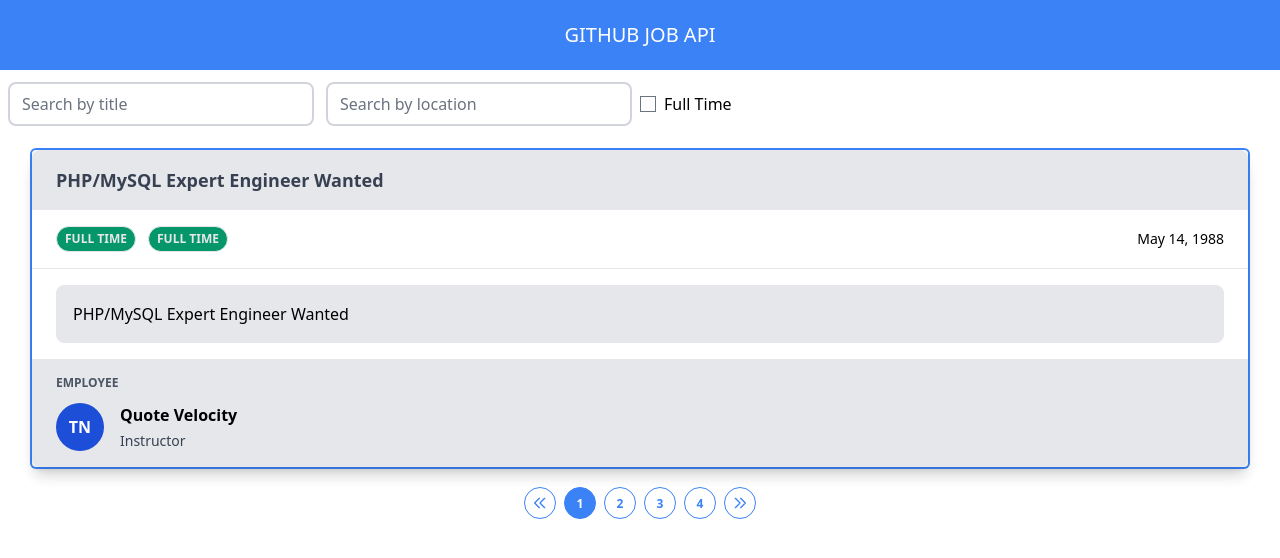
Repository: ShamroOoz/Github-job-api-React-Tailwind
Page: /
An editor plug-in stored every save of this project. The page is shown before and after the next save, followed by the edit.
The browser window is 1280 px wide. The pictures show the whole page.
The page's requests for data from a server got no answer. The project was rebuilt for these pictures with package versions that can differ from the ones it lists, and the page was loaded fresh each time. No one was signed in, and anything a server would have sent is missing. Also part of the build but not shown: craco.config.js, src/components/Spinner.js, src/components/Alert.js.

Above is the page before, as saved 2021-03-21 18:22:07.

### src/index.css
@tailwind base;
@tailwind components;
@tailwind utilities;

.text-style {
  @apply w-3/5 outline-none border-0 focus:ring-2 ring-indigo-600 border-2 border-gray-300 rounded-lg placeholder-gray-500 placeholder-opacity-100;
}

### src/App.js
import { useState } from "react";
import { useFetch } from "./components/Hooks/useFetch";
import NavBar from "./components/NavBar";
import SearchForm from "./components/SearchForm";
import Pagination from "./components/Pagination";
import Job from "./components/Reducer/Job";
import Spinner from "./components/Spinner";
import Alert from "./components/Alert";

function App() {
  const [params, setparam] = useState({});
  const [page, setpage] = useState(1);
  const { jobs, loading, error } = useFetch(params, page);

  const handleparamchange = (e) => {
    setpage(1);
    let param = e.target.name;
    let value = e.target.value;
    setparam((prevparams) => {
      return { ...prevparams, [param]: value };
    });
  };

  return (
    <>
      <NavBar />
      <SearchForm handleparamchange={handleparamchange} params={params} />
      {/* <div className="px-2">
        {loading && <Spinner />}
        {error && <Alert />}
        {jobs &&
          jobs.map((result, index) => <Job key={index} reult={result} />)}
      </div> */}
      <Job />
      <Pagination />
    </>
  );
}

export default App;

### src/components/Hooks/useFetch.js
import { useReducer, useEffect } from "react";
import axios from "axios";
import { reducer, ACTIONS } from "../Reducer/Reduce";

//
const { MAKE_REQUEST, GET_DATA, ERROR } = ACTIONS;
const BASE_URL =
  "https://secret-ocean-49799.herokuapp.com/https://jobs.github.com/positions.json";

const initialState = {
  jobs: [],
  loading: false,
  error: false,
};

export const useFetch = (params, page) => {
  const [state, dispatch] = useReducer(reducer, initialState);

  //useeffect hook to get data

  useEffect(() => {
    const cancelToken = axios.CancelToken.source();
    dispatch({ type: MAKE_REQUEST, payload: "" });
    axios
      .get(BASE_URL, {
        cancelToken: cancelToken.token,
        params: {
          markdown: true,
          page: page,
          ...params,
        },
      })
      .then((res) => {
        dispatch({ type: GET_DATA, payload: res.data });
        console.log(res.data);
      })
      .catch((err) => {
        if (axios.isCancel(err)) return;
        dispatch({ type: ERROR, payload: err });
      });
    //clean up
    return () => {
      cancelToken.cancel();
    };
  }, [page, params]);

  return state;
};

### src/components/NavBar.js
import React from "react";

const NavBar = () => {
  return (
    <nav className="relative flex flex-wrap items-center justify-center px-2 py-3 navbar-expand-lg bg-blue-500 ">
      <h2 className=" inline-block py-2 whitespace-no-wrap uppercase text-xl font-normal leading-normal  text-white">
        Github Job Api
      </h2>
    </nav>
  );
};

export default NavBar;

### src/components/SearchForm.js
import React from "react";

const SearchForm = ({ handleparamchange, params }) => {
  return (
    <form>
      <div className="grid grid-cols-2  ">
        <div className="py-3 px-2 flex space-x-3 ">
          <input
            className="text-style"
            type="text"
            placeholder={`Search by title `}
            name="description"
            value={params.description || ""}
            onChange={handleparamchange}
          />
          <input
            className="text-style"
            type="text"
            placeholder={`Search by location`}
            name="location"
            value={params.location || ""}
            onChange={handleparamchange}
          />
        </div>
        <div className="flex">
          <label className="flex items-center">
            <input
              type="checkbox"
              value={params.full_time || ""}
              onChange={handleparamchange}
            />
            <span className="ml-2">Full Time </span>
          </label>
        </div>
      </div>
    </form>
  );
};

export default SearchForm;

### src/components/Pagination.js
import React from "react";

const Pagination = () => {
  return (
    <nav className="block py-2 flex justify-center ">
      <ul className="flex pl-0 rounded list-none flex-wrap">
        <li>
          <a
            href="#pablo"
            className="first:ml-0 text-xs font-semibold flex w-8 h-8 mx-1 p-0 rounded-full items-center justify-center leading-tight relative border border-solid border-blue-500 bg-white text-blue-500"
          >
            <svg
              xmlns="http://www.w3.org/2000/svg"
              fill="none"
              viewBox="0 0 24 24"
              stroke="currentColor"
              className="w-4"
            >
              <path
                strokeLinecap="round"
                strokeLinejoin="round"
                strokeWidth="2"
                d="M11 19l-7-7 7-7m8 14l-7-7 7-7"
              />
            </svg>
          </a>
        </li>
        <li>
          <a
            href="#pablo"
            className="first:ml-0 text-xs font-semibold flex w-8 h-8 mx-1 p-0 rounded-full items-center justify-center leading-tight relative border border-solid border-blue-500 text-white bg-blue-500"
          >
            1
          </a>
        </li>
        <li>
          <a
            href="#pablo"
            className="first:ml-0 text-xs font-semibold flex w-8 h-8 mx-1 p-0 rounded-full items-center justify-center leading-tight relative border border-solid border-blue-500 bg-white text-blue-500"
          >
            2
          </a>
        </li>
        <li>
          <a
            href="#pablo"
            className="first:ml-0 text-xs font-semibold flex w-8 h-8 mx-1 p-0 rounded-full items-center justify-center leading-tight relative border border-solid border-blue-500 bg-white text-blue-500"
          >
            3
          </a>
        </li>
        <li>
          <a
            href="#pablo"
            className="first:ml-0 text-xs font-semibold flex w-8 h-8 mx-1 p-0 rounded-full items-center justify-center leading-tight relative border border-solid border-blue-500 bg-white text-blue-500"
          >
            4
          </a>
        </li>

        <li>
          <a
            href="#pablo"
            className="first:ml-0 text-xs font-semibold flex w-8 h-8 mx-1 p-0 rounded-full items-center justify-center leading-tight relative border border-solid border-blue-500 bg-white text-blue-500"
          >
            <svg
              xmlns="http://www.w3.org/2000/svg"
              fill="none"
              viewBox="0 0 24 24"
              stroke="currentColor"
              className="w-4"
            >
              <path
                strokeLinecap="round"
                strokeLinejoin="round"
                strokeWidth="2"
                d="M13 5l7 7-7 7M5 5l7 7-7 7"
              />
            </svg>
          </a>
        </li>
      </ul>
    </nav>
  );
};

export default Pagination;

### src/components/Reducer/Job.js
import React from "react";

const Job = (props) => {
  return (
    <div className="flex shadow-lg ring-2 ring-blue-500 mx-8 my-3 rounded">
      <div className="w-full flex flex-col bg-white shadow-lg rounded-lg overflow-hidden">
        <div className="bg-gray-200 text-gray-700 text-lg px-6 py-4 font-bold">
          PHP/MySQL Expert Engineer Wanted
        </div>

        <div className="flex justify-between items-center px-6 py-4">
          <div className="flex space-x-3">
            <div className="bg-green-600 text-xs uppercase px-2 py-1 rounded-full border border-gray-200 text-gray-200 font-bold">
              Full Time
            </div>
            <div className="bg-green-600 text-xs uppercase px-2 py-1 rounded-full border border-gray-200 text-gray-200 font-bold">
              Full Time
            </div>
          </div>
          <div className="text-sm">May 14, 1988</div>
        </div>

        <div className="px-6 py-4 border-t border-gray-200">
          <div className="border rounded-lg p-4 bg-gray-200">
            PHP/MySQL Expert Engineer Wanted
          </div>
        </div>

        <div className="bg-gray-200 px-6 py-4 flex">
          <div>
            <div className="uppercase text-xs text-gray-600 font-bold">
              Employee
            </div>
            <div className="flex items-center pt-3">
              <div className="bg-blue-700 w-12 h-12 flex justify-center items-center rounded-full uppercase font-bold text-white">
                TN
              </div>
              <div className="ml-4">
                <p className="font-bold">Quote Velocity</p>
                <p className="text-sm text-gray-700 mt-1">Instructor</p>
              </div>
            </div>
          </div>
        </div>
      </div>
    </div>
  );
};

export default Job;

### src/components/Reducer/Reduce.js
export const ACTIONS = {
  MAKE_REQUEST: "MAKE_REQUEST",
  GET_DATA: "GET_DATA",
  ERROR: "ERROR",
};

export const reducer = (state, action) => {
  switch (action.type) {
    case ACTIONS.MAKE_REQUEST:
      return { ...state, loading: true };
    case ACTIONS.GET_DATA:
      return {
        ...state,
        loading: false,
        jobs: action.payload,
      };
    case ACTIONS.ERROR:
      return { ...state, error: true };
    default:
      return state;
  }
};

Loaded but not shown: public/index.html (common file); src/index.js (common file); tailwind.config.js (common file)

After the next save:
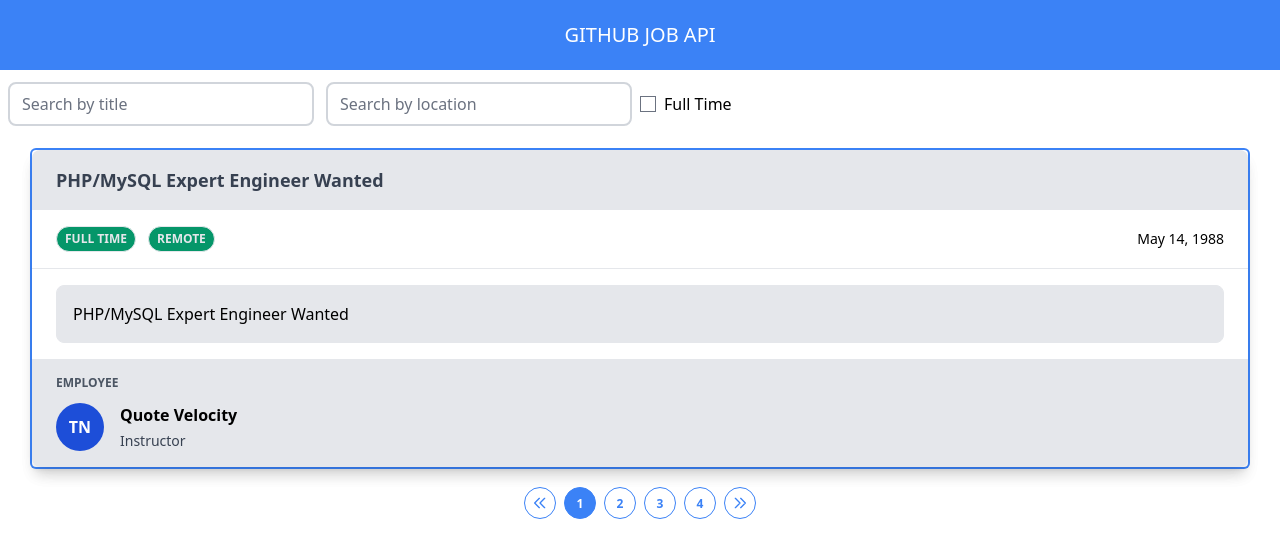
Saved 23 s later.
--- a/src/components/Reducer/Job.js
+++ b/src/components/Reducer/Job.js
@@ -14,7 +14,7 @@
               Full Time
             </div>
             <div className="bg-green-600 text-xs uppercase px-2 py-1 rounded-full border border-gray-200 text-gray-200 font-bold">
-              Full Time
+              Remote
             </div>
           </div>
           <div className="text-sm">May 14, 1988</div>
